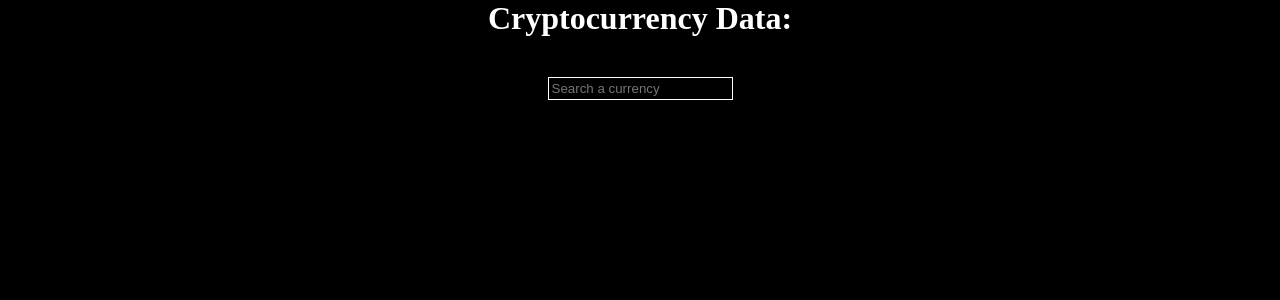
Repository: alejandroacd/cryptocurrency-market
Page: /
The author's editor kept a copy of each file at every save. The page is drawn from the files as they stood at one save, then again after the next save.
The browser window is 1280 px wide. The pictures show the whole page.
The page's requests for data from a server got no answer. The project was rebuilt for these pictures with package versions that can differ from the ones it lists, and the page was loaded fresh each time. No one was signed in, and anything a server would have sent is missing. Also part of the build but not shown: src/Currency.js.

Above is the page before, as saved 2021-07-17 13:54:52.

After the next save:
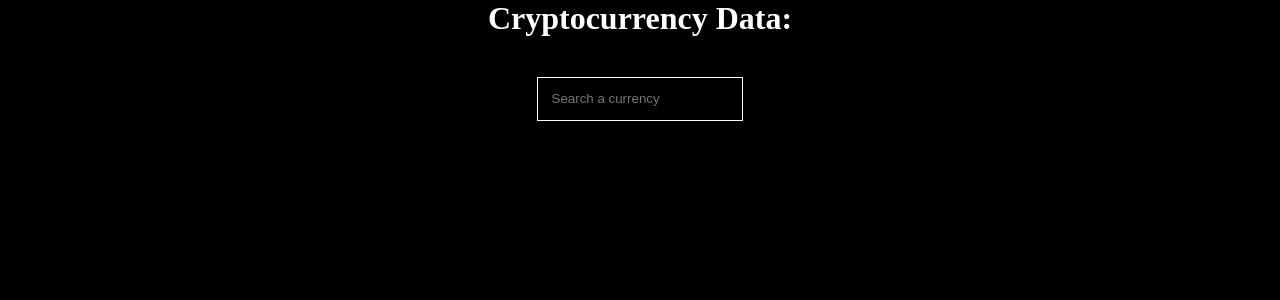
Saved 7 s later.
--- a/src/Currency.css
+++ b/src/Currency.css
@@ -52,7 +52,7 @@
     width: 50px;
 }
 .crypto_name {
-    padding: 3px;
+    padding: 1em;
 }
 .red {
     color:#CD113B;
